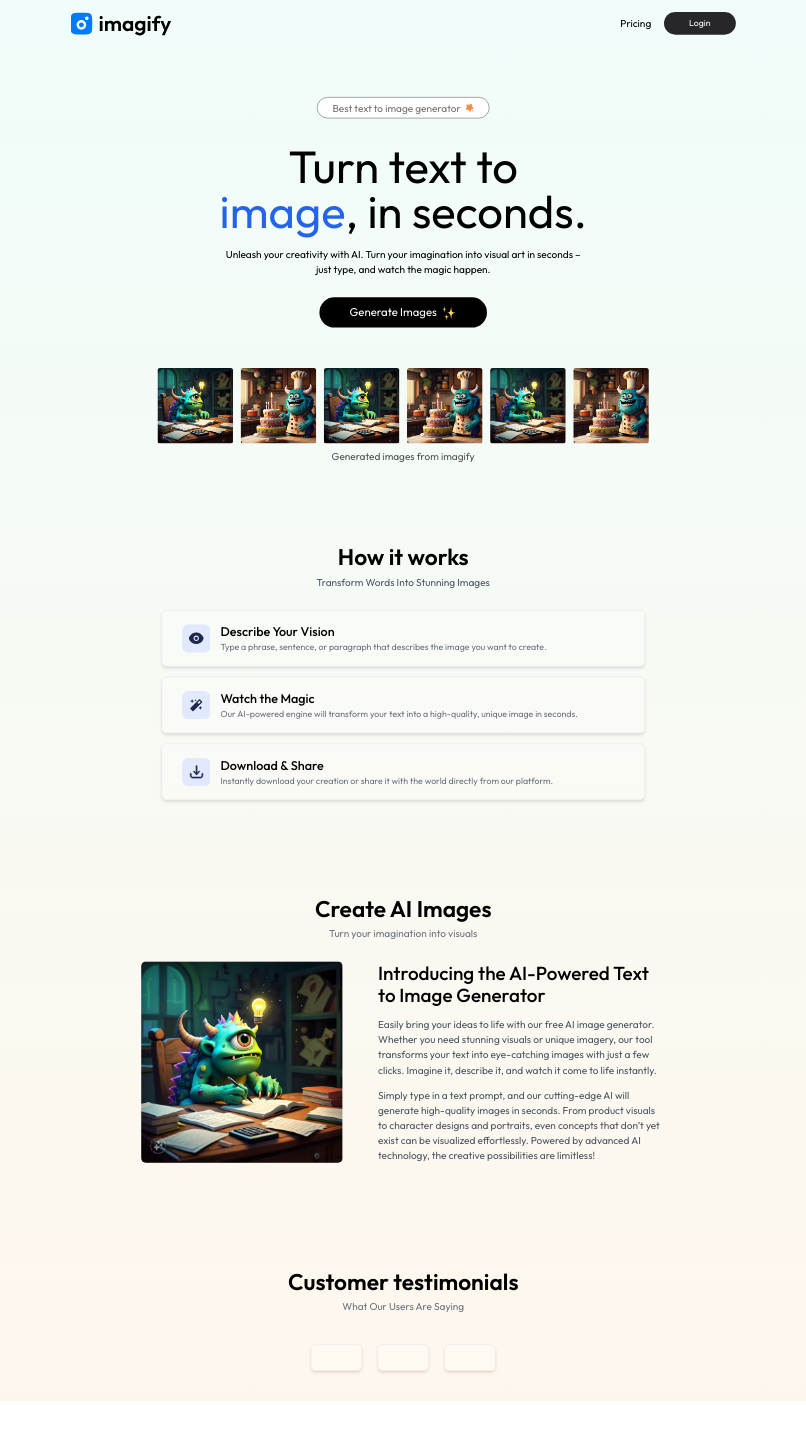
Repository: Abrammse/Abraify
Page: /
An editor plug-in stored every save of this project. The page is shown before and after the next save, followed by the edit.
The browser window is 1280 px wide. The pictures show the whole page, at 63% of full size.
The project was rebuilt for these pictures with package versions that can differ from the ones it lists, and the page was loaded fresh each time. Also part of the build but not shown: vite.config.js, src/pages/Buycredit.jsx.

Above is the page before, as saved 2024-11-25 11:58:01.

### index.html
<!doctype html>
<html lang="en">
  <head>
    <meta charset="UTF-8" />
    <link rel="icon" type="image/svg+xml" href="/favicon.svg" />
    <meta name="viewport" content="width=device-width, initial-scale=1.0" />
    <title>Imagify - Abram</title>
  </head>
  <body>
    <div id="root"></div>
    <script type="module" src="/src/main.jsx"></script>
  </body>
</html>

### src/main.jsx
import { createRoot } from 'react-dom/client'
import './index.css'
import App from './App.jsx'
import { BrowserRouter } from 'react-router-dom'
import AppContextProvider from './context/AppContext.jsx'
createRoot(document.getElementById('root')).render(

  <BrowserRouter>
  <AppContextProvider>
  <App/>
  </AppContextProvider>

  </BrowserRouter>
)

### src/index.css
@import url('https://fonts.googleapis.com/css2?family=Cairo:wght@200..1000&family=Outfit:wght@100..900&display=swap');


@tailwind base;
@tailwind components;
@tailwind utilities;

*{
  font-family: Outfit ;
}

### src/App.jsx
import React from "react";
import { Routes,Route } from "react-router-dom";
import Home from "./pages/Home";
import BuyCredit from "./pages/Buycredit";
import Navbar from "./components/Navbar";
const App = () => {
  return (
    <div className="px-4 sm:px-10 md:px-14 lg:px-28 min-h-screen bg-gradient-to-b from-teal-50 to-orange-50">
     <Navbar />
      <Routes>

        <Route  path="/" element={<Home />}/>
        <Route  path="/BuyCredit" element={<BuyCredit />}/>
      </Routes>
    </div>
  )
}

export default App

### src/context/AppContext.jsx
import { createContext, useState } from "react";
export const AppContext = createContext();

const AppContextProvider = (props) => {
  const [user, setUser] = useState(null);

  const value = {
    user,
    setUser,
  };

  return (
    <AppContext.Provider value={value}>
      {props.children}
    </AppContext.Provider>
  );
};

export default AppContextProvider;

### src/pages/Home.jsx
import React from 'react';
import Header from '../components/Header';
import Steps from '../components/Steps';
import Des from '../components/des';
import Testimonials from '../components/testimonials';
const Home = () => {
  return (
    <div>
      <Header/>
      <Steps/>
      <Des/>
      <Testimonials/>
    </div>
  );
}

export default Home;

### src/components/Navbar.jsx
import React, { useContext } from 'react';
import { assets } from '../assets/assets';
import { Link, useNavigate } from 'react-router-dom';
import { AppContext } from '../context/AppContext';
const Navbar = () => {
  const {user} = useContext(AppContext);
  const navigate = useNavigate();

  return (
    <div className="flex items-center justify-between py-4">
      <Link to="/">
        <img src={assets.logo} alt="Logo" className="w-28 sm:w-32 lg:w-40" />
      </Link>

      <div>
        {user ? (
          <div className="flex items-center gap-2 sm:gap-3">
            <button className="flex items-center gap-2 bg-blue-100 px-4 sm:px-6 py-1.5 sm:py-3 rounded-full hover:scale-105 transition-all duration-700">
              <img src={assets.credit_star} alt="Credits" className="w-5" />
              <p  onClick={() => navigate('/BuyCredit')} className='text-xs sm:text-sm font-medium text-gray-600'>Credits left: 50</p>
            </button>
            <p className='text-gray-600 max-sm:hidden pl-4 '>Hi, Abram</p>
            <div className="relative group">
              <img
                src={assets.profile_icon}
                alt="Profile"
                className="w-10 drop-shadow cursor-pointer"
              />
              <div className="absolute hidden group-hover:block top-0 right-0 z-10  text-black rounded  pt-12">
                <ul   className='list-none m-0 p-2 bg-white rounded-md border text-sm ' >
                  <li className='py-1 px-2  cursor-pointer pr-10 ' >
                    Logout
                  </li>
                </ul>
              </div>
            </div>
          </div>
        ) : (
          <div className="flex items-center gap-2 sm:gap-5">
            <p
              onClick={() => navigate('/BuyCredit')}
              className="cursor-pointer hover:underline"
            >
              Pricing
            </p>
            <button
              className="bg-zinc-800 text-white px-7 py-2 sm:px-10 text-sm rounded-full"
              onClick={() => navigate('/login')}
            >
              Login
            </button>
          </div>
        )}
      </div>
    </div>
  );
};

export default Navbar;

### src/components/Header.jsx
import React from 'react';
import { assets } from '../assets/assets';

const Header = () => {
  return (
<div className="flex flex-col justify-center items-center text-center my-20 ">
<div className="text-stone-500 inline-flex text-center gap-2 bg-white px-6 py-1 rounded-full border border-neutral-500 ">
    <p>Best text to image generator</p>
<img src={assets.star_icon} alt="start"/>
    </div>
    <h1  className='text-4xl  max-w-[300px]   sm:text-7xl sm:max-w-[590px] mx-auto mt-10 text-center  ' >Turn text to <span  className='text-blue-600' >  image</span>, in seconds.</h1>
<p  className='text-center max-w-xl mx-auto mt-5'>Unleash your creativity with AI. Turn your imagination into visual art in seconds – just type, and watch the magic happen. </p>
<button className='sm:text-lg text-white   bg-black w-auto mt-8 px-12 py-2.5 flex  items-center gap-2  rounded-full    ' >Generate Images <img  className='h-6' src={assets.star_group} alt="start"/>
</button>
<div className='flex flex-wrap justify-center mt-16 gap-3 '>
{Array(6).fill().map((item,index)=>(

<img  className='rounded hover:scale-105  transition-all duration-300 cursor-pointer max-sm:w-11    ' src={index % 2=== 0 ? assets.sample_img_2 : assets.sample_img_1 } alt="start" key={index} width={120}  />

))}

</div>

<p className=' mt-2 text-neutral-600'> Generated images from imagify </p>
     </div>
  );
}

export default Header;

### src/components/Steps.jsx
import React from 'react';
import { stepsData } from '../assets/assets';

const Steps = () => {
  return (
    <div className='flex flex-col items-center justify-center my-32'>
      <h1 className='text-3xl sm:text-4xl font-semibold mb-2 '>How it works</h1>
      <p className=' tet-lg mb-8 text-gray-600'> Transform Words Into Stunning Images </p>


      <div className='space-y-4 w-full max-w-3xl text-sm '>
        {stepsData.map((item,index)=>(
            <div key={index}  className='flex items-center gap-4 px-8 p-5 bg-white/20 shadow-md border cursor-pointer hover:scale-[1.02]  transition-all  duration-300 rounded-lg ' >
                <img src={item.icon} alt="" />
            <div>
                <h2 className='text-xl  font-medium' > {item.title}</h2>
                <p className='text-gray-500' > {item.description}</p>

            </div>
            </div>
        ))}
      </div>

      </div>
  );
}

export default Steps;

### src/components/des.jsx
import React from 'react';
import { assets } from '../assets/assets';

const Des = () => {
  return (
<div className='flex flex-col items-center justify-center my-24 p-6 md:px-28'>
            <h1 className='text-3xl sm:text-4xl font-semibold mb-2 '>Create AI Images</h1>
            <p className=' tet-lg mb-8 text-gray-500'> Turn your imagination into visuals </p>

<div className='flex flex-col gap-5 md:gap-14 md:flex-row'>
<img src={assets.sample_img_2} alt="Credits" className="w-80 xl:w9 rounded-lg " />

<div>
    <h2 className='text-3xl font-medium max-w-lg mb-4'>
    Introducing the AI-Powered Text to Image Generator
    </h2>
    <p className='text-gray-600 mb-4' >
    Easily bring your ideas to life with our free AI image generator. Whether you need stunning visuals or unique imagery, our tool transforms your text into eye-catching images with just a few clicks. Imagine it, describe it, and watch it come to life instantly.
    </p>
    <p className='text-gray-600' >
    Simply type in a text prompt, and our cutting-edge AI will generate high-quality images in seconds. From product visuals to character designs and portraits, even concepts that don’t yet exist can be visualized effortlessly. Powered by advanced AI technology, the creative possibilities are limitless!
    </p>
</div>

</div>

    </div>
  );
}

export default Des;

### src/components/testimonials.jsx
import React from 'react';
import { testimonialsData } from '../assets/assets';

const Testimonials = () => {
  return (
<div className='flex flex-col items-center justify-center my-20 py-12'>
            <h1 className='text-3xl sm:text-4xl font-semibold mb-2 '>Customer testimonials</h1>
            <p className='  mb-12 text-gray-500'> What Our Users Are Saying </p>

            <div className='flex flex-wrap gap-6 '>
        {testimonialsData.map((item,index)=>(
            <div key={index}  className='flex items-center gap-4 px-8 p-5 bg-white/20 shadow-md border cursor-pointer hover:scale-[1.02]  transition-all  duration-300 rounded-lg ' >
                <img src={item.im} alt="" />
            <div>
                <h2 className='text-xl  font-medium' > {item.title}</h2>
                <p className='text-gray-500' > {item.description}</p>

            </div>
            </div>
        ))}
      </div>

    </div>

  );
}

export default Testimonials;

### src/assets/assets.js
import logo from './logo.svg'
import logo_icon from './logo_icon.svg'
import facebook_icon from './facebook_icon.svg'
import instagram_icon from './instagram_icon.svg'
import twitter_icon from './twitter_icon.svg'
import star_icon from './star_icon.svg'
import rating_star from './rating_star.svg'
import sample_img_1 from './sample_img_1.png'
import sample_img_2 from './sample_img_2.png'
import profile_img_1 from './profile_img_1.png'
import profile_img_2 from './profile_img_2.png'
import step_icon_1 from './step_icon_1.svg'
import step_icon_2 from './step_icon_2.svg'
import step_icon_3 from './step_icon_3.svg'
import email_icon from './email_icon.svg'
import lock_icon from './lock_icon.svg'
import cross_icon from './cross_icon.svg'
import star_group from './star_group.png'
import credit_star from './credit_star.svg'
import profile_icon from './profile_icon.png'

export const assets = {
    logo,
    logo_icon,
    facebook_icon,
    instagram_icon,
    twitter_icon,
    star_icon,
    rating_star,
    sample_img_1,
    sample_img_2,
    email_icon,
    lock_icon,
    cross_icon,
    star_group,
    credit_star,
    profile_icon
}

export const stepsData = [
    {
      title: 'Describe Your Vision',
      description: 'Type a phrase, sentence, or paragraph that describes the image you want to create.',
      icon: step_icon_1,
    },
    {
      title: 'Watch the Magic',
      description: 'Our AI-powered engine will transform your text into a high-quality, unique image in seconds.',
      icon: step_icon_2,
    },
    {
      title: 'Download & Share',
      description: 'Instantly download your creation or share it with the world directly from our platform.',
      icon: step_icon_3,
    },
  ];

export const testimonialsData = [
    {
        image:profile_img_1,
        name:'Donald Jackman',
        role:'Graphic Designer',
        stars:5,
        text:`I've been using bg.removal for nearly two years, primarily for Instagram, and it has been incredibly user-friendly, making my work much easier.`
    },
    {
        image:profile_img_2,
        name:'Richard Nelson',
        role:'Content Creator',
        stars:5,
        text:`I've been using bg.removal for nearly two years, primarily for Instagram, and it has been incredibly user-friendly, making my work much easier.`
    },
    {
        image:profile_img_1,
        name:'Donald Jackman',
        role:' Graphic Designer',
        stars:5,
        text:`I've been using bg.removal for nearly two years, primarily for Instagram, and it has been incredibly user-friendly, making my work much easier.`
    },
]

export const plans = [
    {
      id: 'Basic',
      price: 10,
      credits: 100,
      desc: 'Best for personal use.'
    },
    {
      id: 'Advanced',
      price: 50,
      credits: 500,
      desc: 'Best for business use.'
    },
    {
      id: 'Business',
      price: 250,
      credits: 5000,
      desc: 'Best for enterprise use.'
    },
  ]

Loaded but not shown: tailwind.config.js (common file)

After the next save:
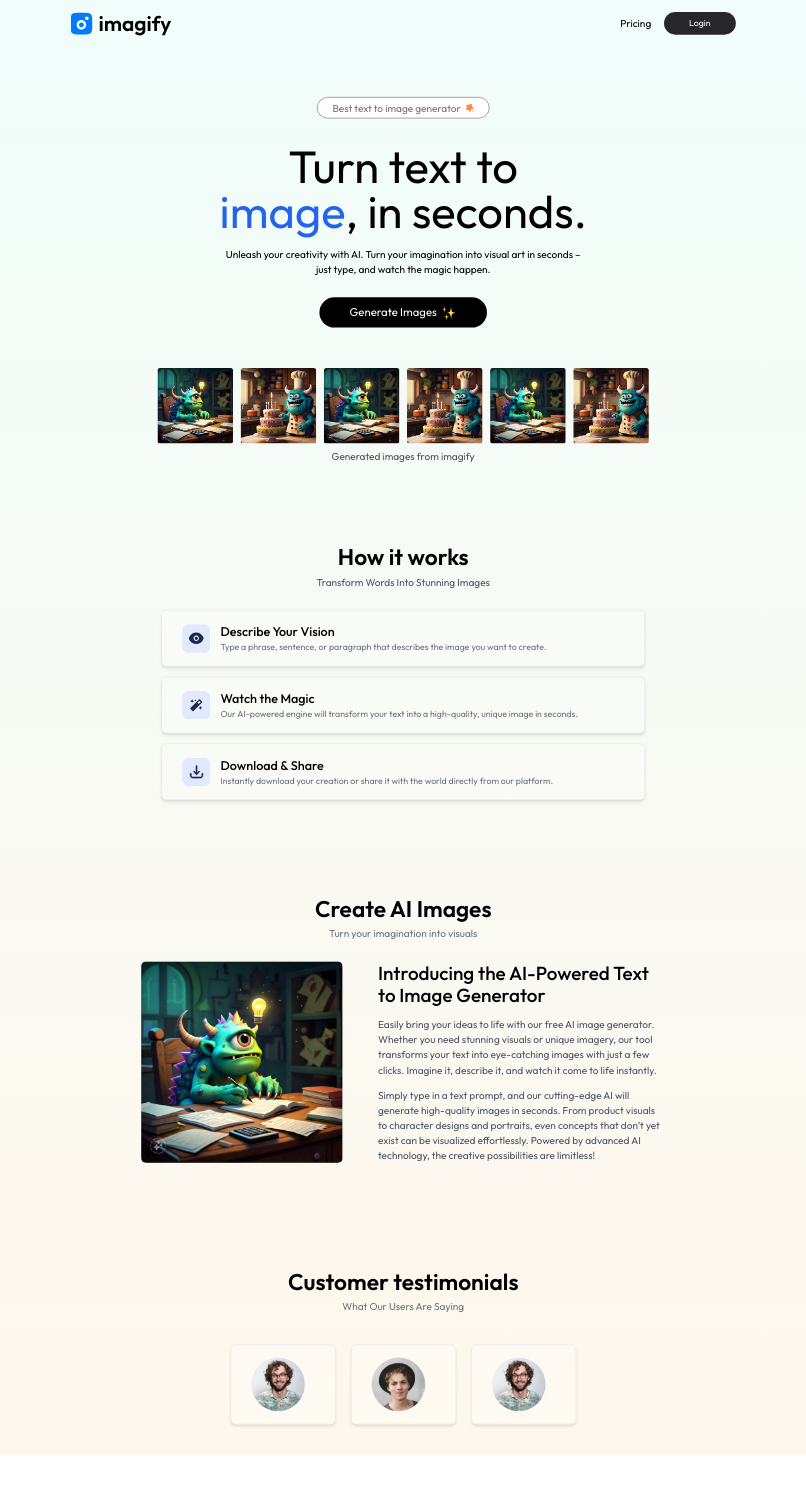
Saved 6 s later.
--- a/src/components/testimonials.jsx
+++ b/src/components/testimonials.jsx
@@ -10,7 +10,7 @@ const Testimonials = () => {
             <div className='flex flex-wrap gap-6 '>
         {testimonialsData.map((item,index)=>(
             <div key={index}  className='flex items-center gap-4 px-8 p-5 bg-white/20 shadow-md border cursor-pointer hover:scale-[1.02]  transition-all  duration-300 rounded-lg ' >
-                <img src={item.im} alt="" />
+                <img src={item.image} alt="" />
             <div>
                 <h2 className='text-xl  font-medium' > {item.title}</h2>
                 <p className='text-gray-500' > {item.description}</p>
